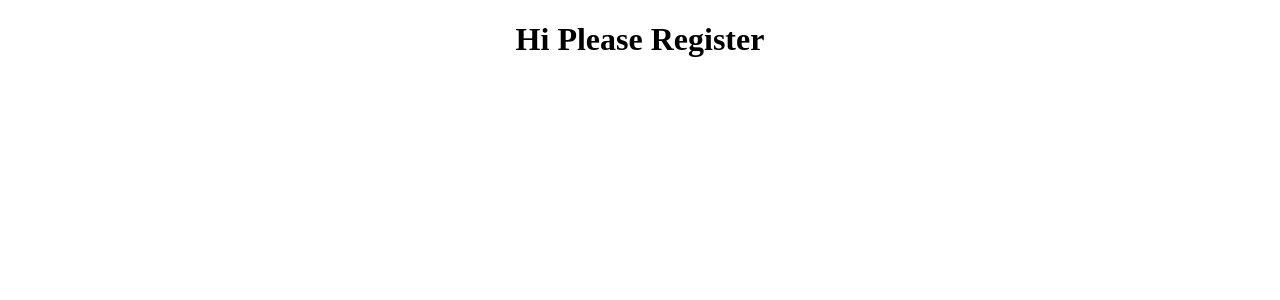
Repository: Thaneshwara848/E-Y
Page: Jdbc-Servlet-Jsp/Webemo5/src/main/webapp/Register.html
The author's editor kept a copy of each file at every save. The page is drawn from the files as they stood at one save, then again after the next save.
The browser window is 1280 px wide. The pictures show the whole page.

Above is the page before, as saved 2023-05-22 04:38:43.

After the next save:
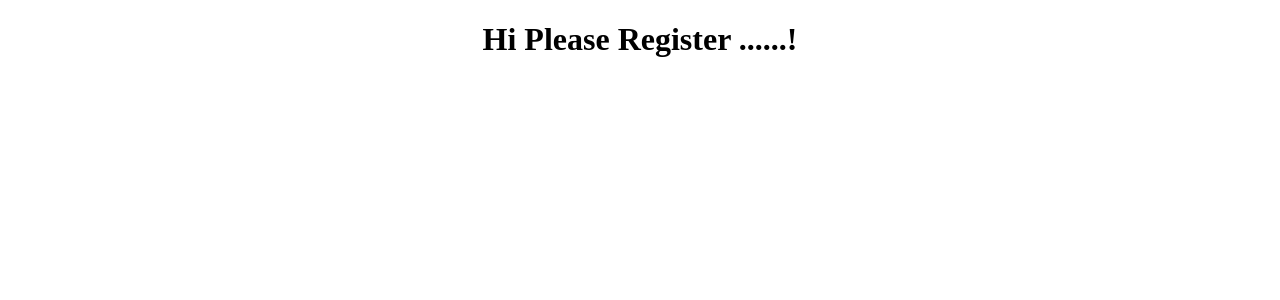
Saved 12 s later.
--- a/Jdbc-Servlet-Jsp/Webemo5/src/main/webapp/Register.html
+++ b/Jdbc-Servlet-Jsp/Webemo5/src/main/webapp/Register.html
@@ -6,7 +6,13 @@
 </head>
 <body>
 <div style="text-align: center;">
-	<h1> Hi Please Register </h1>
+	<h1> Hi Please Register ......!</h1>
+	<form action="">
+
+
+
+
+	</form>
 </div>
 
 </body>
